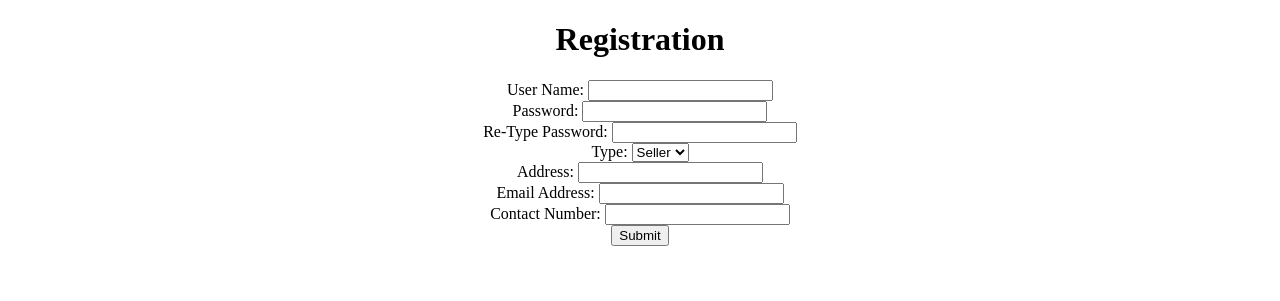
Repository: HariharanMiracle/CodeComplexity
Page: http://localhost/Paf_assignment/Register.jsp
The author's editor kept a copy of each file at every save. The page is drawn from the files as they stood at one save, then again after the next save.
The browser window is 1280 px wide. The pictures show the whole page.
The page is served by Tomcat 9.

Above is the page before, as saved 2019-04-29 19:35:50.

After the next save:
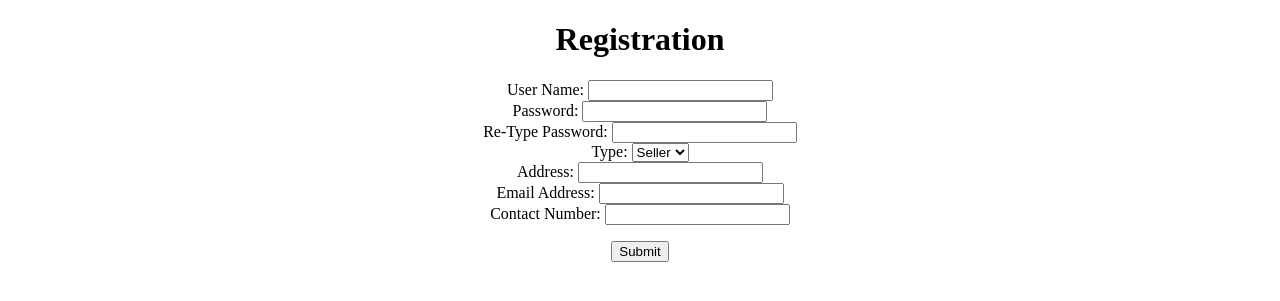
Saved 3 min 21 s later.
--- a/Paf_assignment/WebContent/Register.jsp
+++ b/Paf_assignment/WebContent/Register.jsp
@@ -23,6 +23,7 @@
 					<label>Address:</label> <input type="text" name="address" id="address" required/><br/>
 					<label>Email Address:</label> <input type="email" name="mailAddress" required/><br/>
 					<label>Contact Number:</label> <input type="text" name="contactNumber"  id="contactNumber" required/><br/>
+					<p id = "gg"></p>
 					<input type="submit" value="Submit"/>
 				</form>
 
@@ -40,7 +41,8 @@
 					return true;
 				}
 				else{
-					alert("ddfd");
+					//alert("ddfd");
+					document.getElementById("gg").value = "Johnny Bravo";
 					return false;
 				}
 			}
